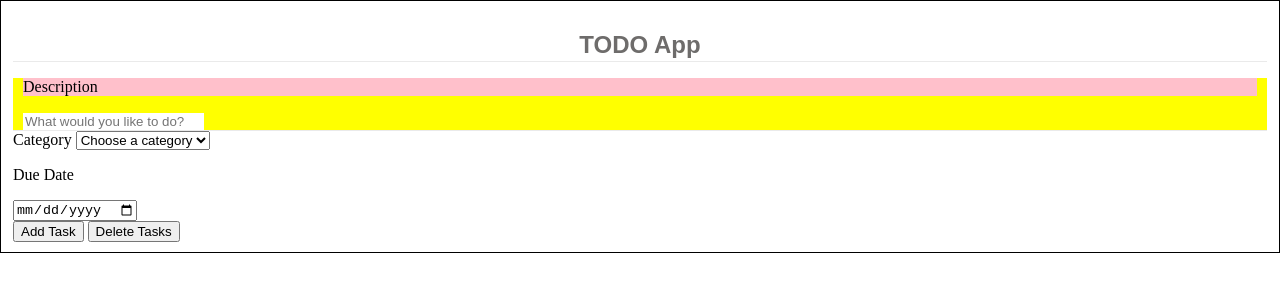
Repository: king-slayer97/TODO-App
Page: http://localhost/
An editor plug-in stored every save of this project. The page is shown before and after the next save, followed by the edit.
The browser window is 1280 px wide. The pictures show the whole page.
The page is served by the project's Node server (index.js). Other server files are loaded and not shown.

Above is the page before, as saved 2022-08-15 14:09:17.

### views/home.ejs
<!DOCTYPE html>
<html lang="en">

<head>
    <meta charset="UTF-8">
    <meta http-equiv="X-UA-Compatible" content="IE=edge">
    <meta name="viewport" content="width=device-width, initial-scale=1.0">
    <title>TODO App</title>
    <link rel="stylesheet" href="/css/home.css">
</head>

<body>
    <div class="wrapper">
        <div class="heading">
            <h2>TODO App</h2>
        </div>
        <div class="description-wrapper">
            <div class="description">
                <p>Description</p>
                <input type="text" placeholder="What would you like to do?">
            </div>
        </div>
        <div class="section2">
            <div class="category">
                <label>Category</label>
                <select>
                    <option selected disabled>Choose a category</option>
                    <option value="Personal">Personal</option>
                    <option value="Work">Work</option>
                    <option value="School">School</option>
                    <option value="Cleaning">Cleaning</option>
                    <option value="Other">Other</option>
                </select>
            </div>
            <div class="date">
                <p>Due Date</p>
                <input type="date" placeholder="dd/mm/yyyy">
            </div>
        </div>
        <div class="buttons">
            <button>Add Task</button>
            <button>Delete Tasks</button>
        </div>
    </div>
</body>

</html>

### index.js
const express = require('express');
const PORT = 3000;
const app = express();

//setup view engine
app.set('view engine', 'ejs');
app.set('views','./views');
app.use(express.static('assets'));

//importing routes
const router = require('./routes');
app.use('/',router);

//Listening on port 3000
app.listen(PORT, function(err){
    if(err) {
        console.log(`Error: ${err}`);
    }
    else{
        console.log(`Listening on port ${PORT}`);
    }
});

### controllers/home_controller.js
module.exports.homePage = function(req, res){
    res.render('home',{title: "TODO App"});
};

### assets/css/home.css
body{
    margin: 0;
}

.wrapper{
    border: 1px solid black;
    padding: 10px 12px;
}

.heading{
    text-align: center;
    border-bottom: 1px solid #eaeaea;
    height: 30px;
    /* display: flex;
    align-items: center;
    justify-content: center; */
}

.heading h2{
    color: #6e6c6b;
    font-family: Arial, Helvetica, sans-serif;
    /* font-style: inherit; */
}

.description-wrapper{
    border-bottom: 1px solid #eaeaea;
}

.description{
    /* display: flex;
    flex-direction:column;
    justify-content: flex-start; */
    background-color: yellow;
    padding:0px 10px;
    padding-bottom: ;
}

.description p{
    height: 100%;
    background-color: pink;
}

.description input[type="text"]{
    border-style: none;
    text-align: left;
}

After the next save:
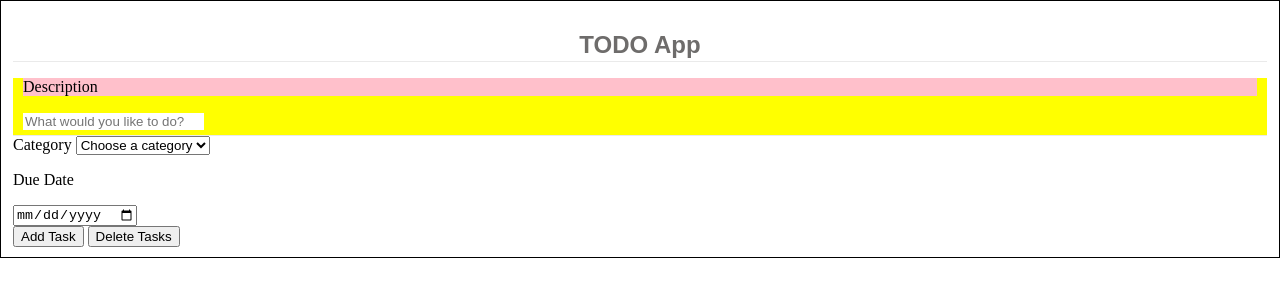
Saved 5 s later.
--- a/assets/css/home.css
+++ b/assets/css/home.css
@@ -32,7 +32,7 @@ body{
     justify-content: flex-start; */
     background-color: yellow;
     padding:0px 10px;
-    padding-bottom: ;
+    padding-bottom: 5px;
 }
 
 .description p{
